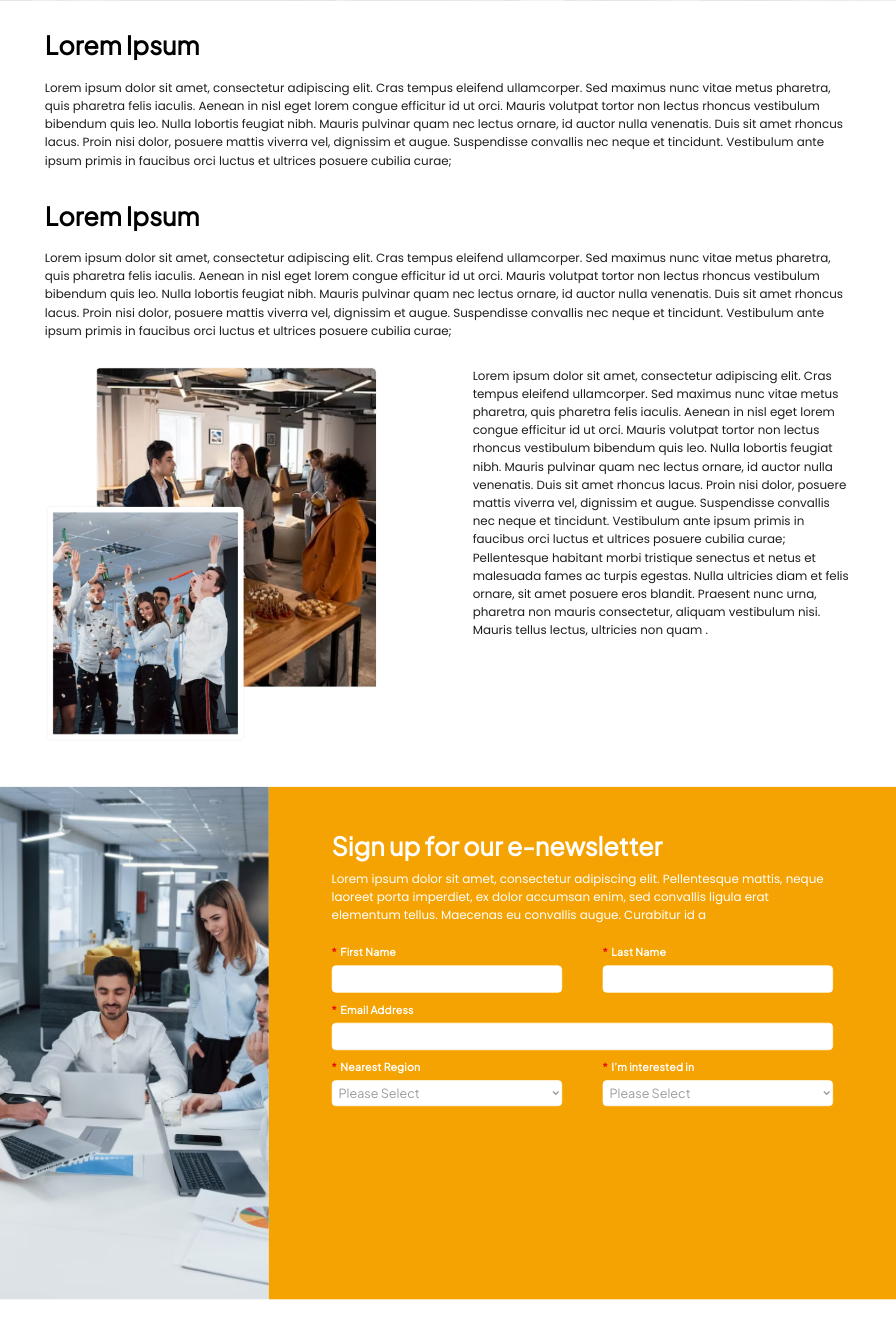
Repository: Akash8377/Hospitality-website
Page: /about-us
These files come from the project's save history. The page is drawn as it stood at one moment and after the next save; the edit follows.
The browser window is 1280 px wide. The pictures show the part of the page from y = 683 to 2603 px (the page is 2603 px tall), at 70% of full size.
Some web libraries are served in a nearby version. The project was rebuilt for these pictures with package versions that can differ from the ones it lists, and the page was loaded fresh each time. Also part of the build but not shown: src/Component/Partial/heading-cont.js, src/Component/Shared/about-us.js, src/Component/Shared/Banner.js, src/Component/Shared/popular-jobs.js, src/Component/Sliders/ServiceSlider.js, src/Component/Sliders/ReviewSlider.js, src/Component/Partial/index-banner.js, src/Component/Partial/index-buisness-banner.js and 2 more.

Above is the page before, as saved 2023-07-07 12:15:46.

After the next save:
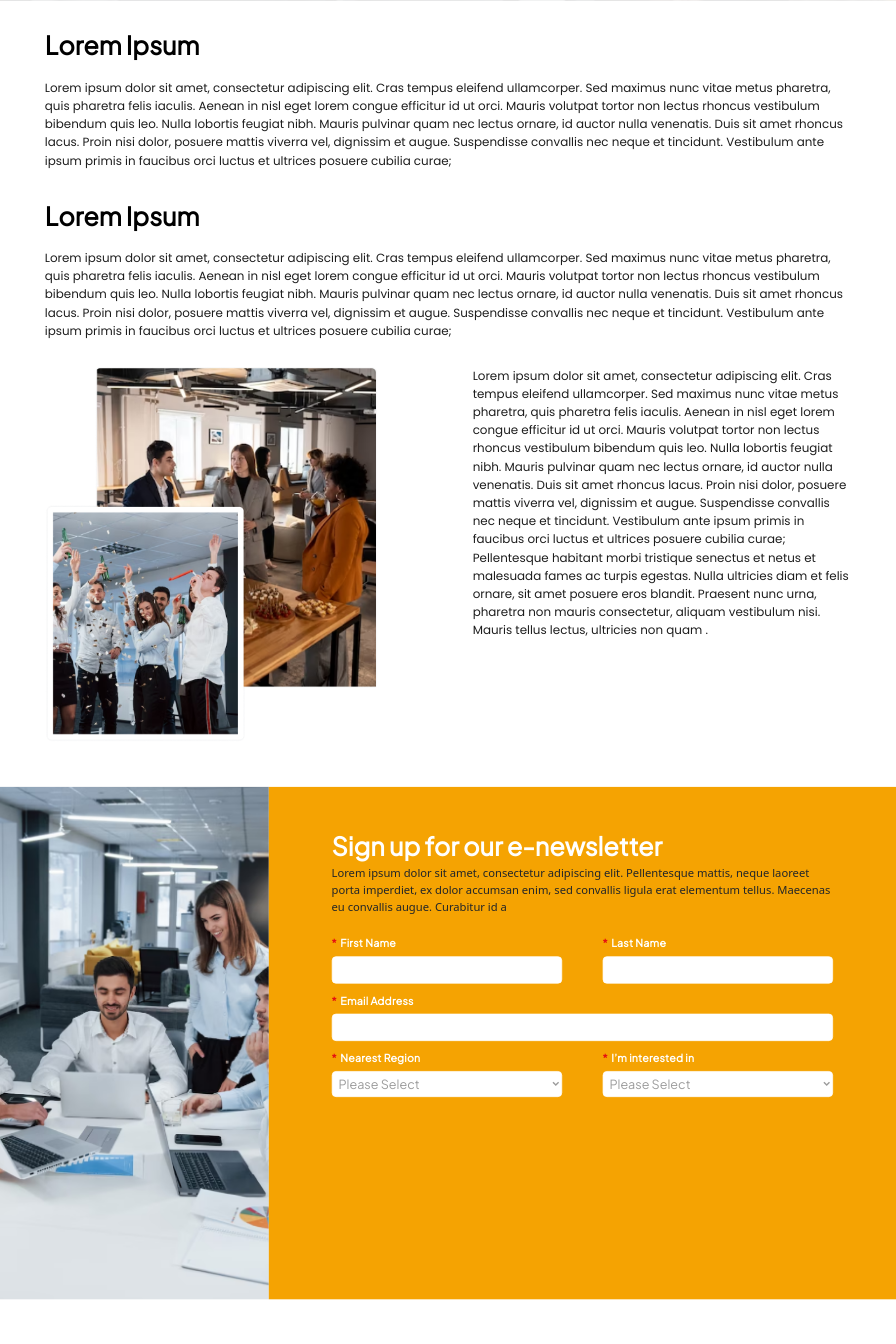
Saved 19 s later.
--- a/src/Css/Lap.css
+++ b/src/Css/Lap.css
@@ -791,7 +791,7 @@
   font-weight: 700;
   line-height: 39px;
 }
-.About-Us_Newsletter .right .content p {
+.About-Us_Newsletter .right .content .desc {
   color: #fff;
   font-family: Poppins;
   font-size: 17px;

After the save that followed:
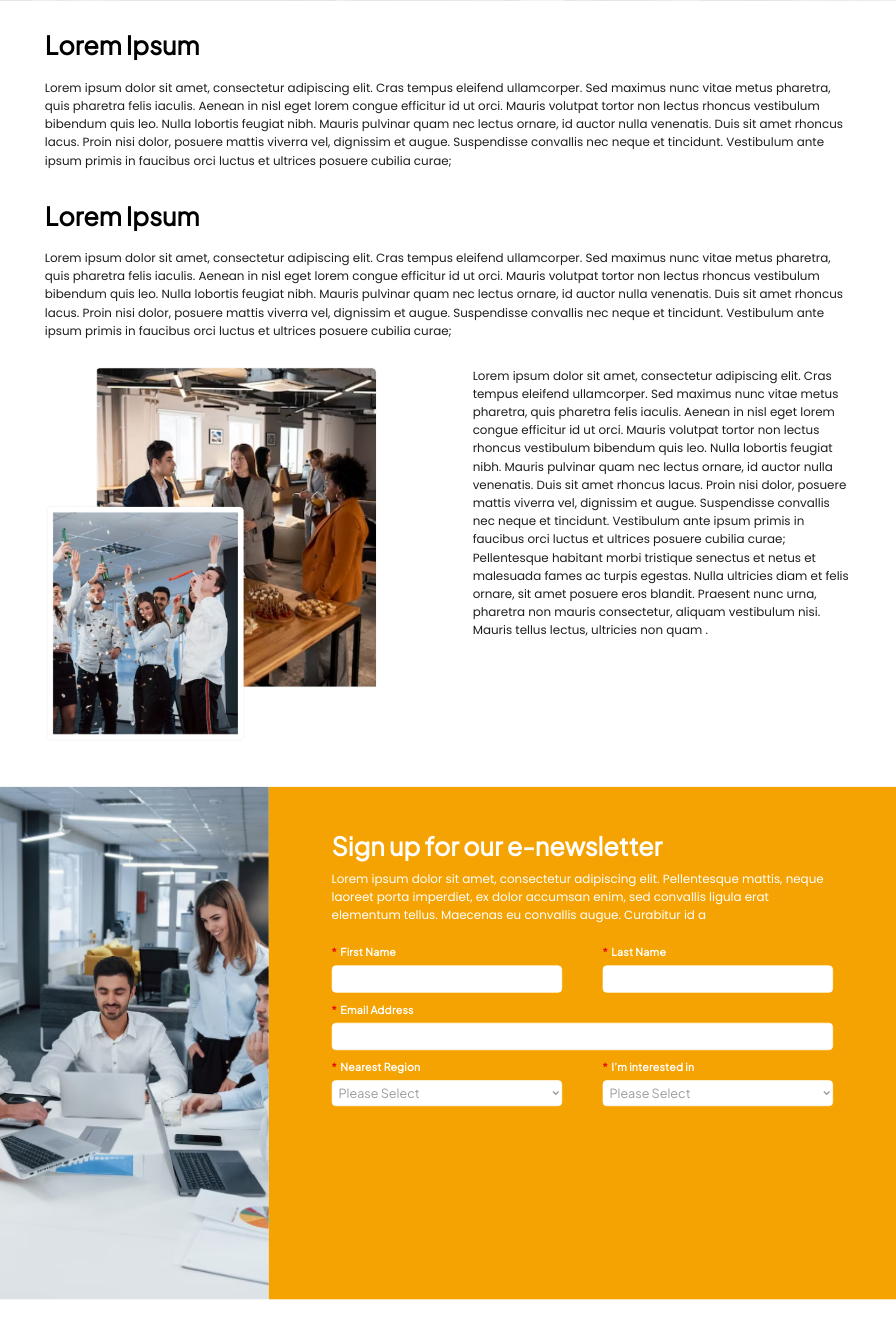
Saved 4 s later.
--- a/src/Component/Partial/About Us Component/Newsletter.js
+++ b/src/Component/Partial/About Us Component/Newsletter.js
@@ -11,7 +11,7 @@ const Newsletter = () => {
       <div className="right">
         <div className="content">
           <h5>Sign up for our e-newsletter</h5>
-          <p>
+          <p className="desc">
             Lorem ipsum dolor sit amet, consectetur adipiscing elit.
             Pellentesque mattis, neque laoreet porta imperdiet, ex dolor
             accumsan enim, sed convallis ligula erat elementum tellus. Maecenas
